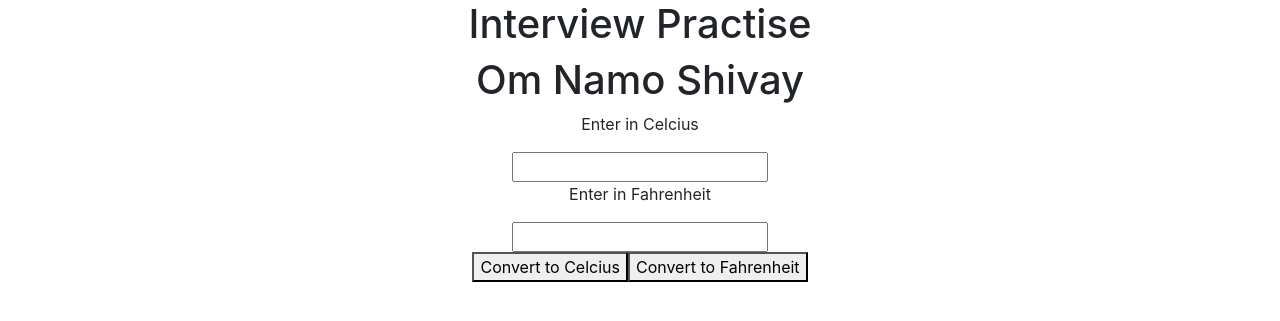
Repository: punitbathija/Machine-Round-React
Page: /
These files come from the project's save history. The page is drawn as it stood at one moment and after the next save; the edit follows.
The browser window is 1280 px wide. The pictures show the whole page.
The project was rebuilt for these pictures with package versions that can differ from the ones it lists, and the page was loaded fresh each time. Also part of the build but not shown: src/components/counter.jsx, src/components/ProgressBar.js, src/components/CurrencyCoverter.js, src/components/TempratureConveter.js.

Above is the page before, as saved 2023-06-02 13:36:28.

### src/index.js
import React from "react";
import ReactDOM from "react-dom/client";
import Counter from "./components/counter";
import "./index.css";
import ProgressBar from "./components/ProgressBar";
import CurrencyCoverter from "./components/CurrencyCoverter";
import TempratureConveter from "./components/TempratureConveter";
import Tc from "./components/Tc";
// import FetchApi from "./components/FetchApi";

const root = ReactDOM.createRoot(document.getElementById("root"));
root.render(
  <>
    <h1 className="text-center">Interview Practise</h1>
    {/* <Counter /> */}
    {/* <FetchApi /> */}
    {/* <ProgressBar /> */}
    {/* <CurrencyCoverter /> */}
    {/* <TempratureConveter /> */}
    <Tc />
  </>
);

### src/components/Tc.js
import React, { useState } from "react";

const Tc = () => {
  const [inCelcius, setInCelcius] = useState("");
  const [inFahrenheit, setInFahrenheit] = useState("");

  const convertToCelcius = () => {
    setInCelcius(((inFahrenheit - 32) * 5) / 9);
  };

  const convertInFahrenheits = () => {
    setInFahrenheit((inCelcius * 9) / 5 + 32);
  };

  return (
    <div style={{ textAlign: "center" }}>
      <h1>Om Namo Shivay</h1>
      <p>Enter in Celcius</p>
      <input
        type="number"
        onChange={(e) => setInCelcius(e.target.value)}
        value={inCelcius}
      />
      <p>Enter in Fahrenheit</p>
      <input
        type="number"
        onChange={(e) => setInFahrenheit(e.target.value)}
        value={inFahrenheit}
      />
      <br />
      <button onClick={convertToCelcius}>Convert to Celcius</button>
      {inCelcius && <p>{inCelcius}</p>}
      <button onClick={convertInFahrenheits}>Convert to Fahrenheit</button>
      {inFahrenheit && <p>{inFahrenheit}</p>}
    </div>
  );
};

export default Tc;

Loaded but not shown: public/index.html (common file); src/index.css (common file)

After the next save:
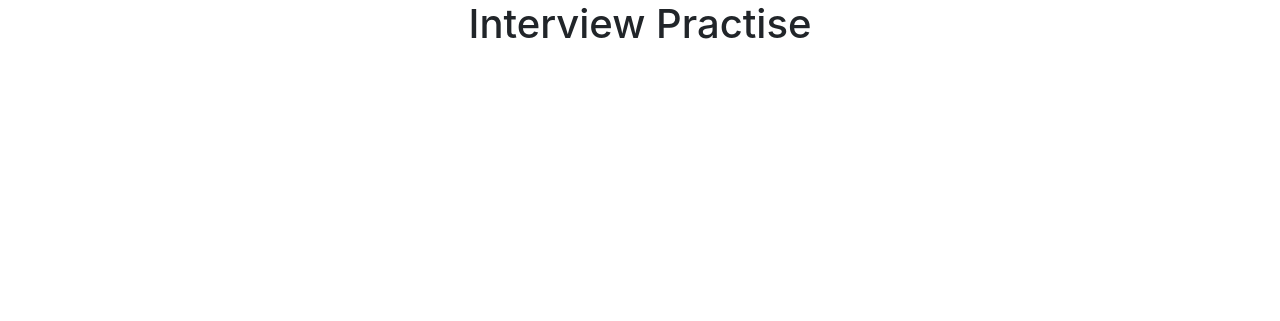
Saved 74 s later.
--- a/src/index.js
+++ b/src/index.js
@@ -17,6 +17,6 @@ root.render(
     {/* <ProgressBar /> */}
     {/* <CurrencyCoverter /> */}
     {/* <TempratureConveter /> */}
-    <Tc />
+    {/* <Tc /> */}
   </>
 );
